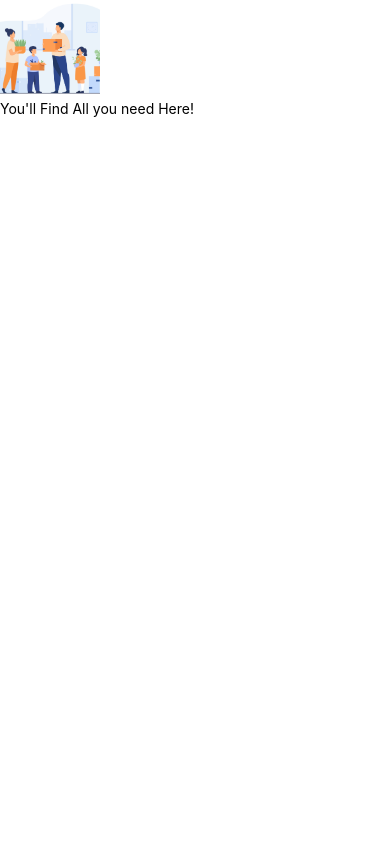
Repository: oscarMyerston/ProjectName
Screen: /
The author's editor kept a copy of each file at every save. The screen is drawn from the files as they stood at one save, then again after a run of saves.
The app was drawn by React Native's web renderer in a window 390 px wide. The project was rebuilt for these pictures with package versions that can differ from the ones it lists, and the page was loaded fresh each time. Also part of the build but not shown: Chair.js, Table.js.

Above is the screen before, as saved 2024-06-02 19:17:09.

### App.js
/**
 * Sample React Native App
 * https://github.com/facebook/react-native
 *
 * @format
 * @flow strict-local
 */

import React, { useState } from 'react';
import {
  SafeAreaView,
} from 'react-native';
import { Chair as BlackChair} from './Chair';
import Table from "./Table"
import Splash from './src/screen/auth/Splash';

const App = ()  => {
  const [ theme, setTheme ] = useState('light')
  return (
    <SafeAreaView>
    <Splash/>
    </SafeAreaView>
  );
};

const styles = {
  themeHeader: {
    margin: 16,
    fontSize: 16,
    backgroundColor: 'yellow'
  }
}

// const styles = StyleSheet.create({
//   themeHeader: {
//     margin: 16,
//     fontSize: 16,
//     backgroundColor: 'yellow'
//   }
// })

export default App;

### src/screen/auth/Splash/index.js
import React from "react";
import { Text, Image, View } from "react-native"
import { styles } from './styles'

const Splash = () => {
  return [
    <View>
      <Image
        style={styles.image}
        source={require('../../../assets/splash_image.png')}
      />
      <Text>You'll Find All you need Here!</Text>
    </View>,
  ];

}

export default Splash

### src/screen/auth/Splash/styles.js
import { StyleSheet } from "react-native"

export const styles = StyleSheet.create({
  image: {
    width: 100,
    height: 100,
  }
})

After the next 3 saves:
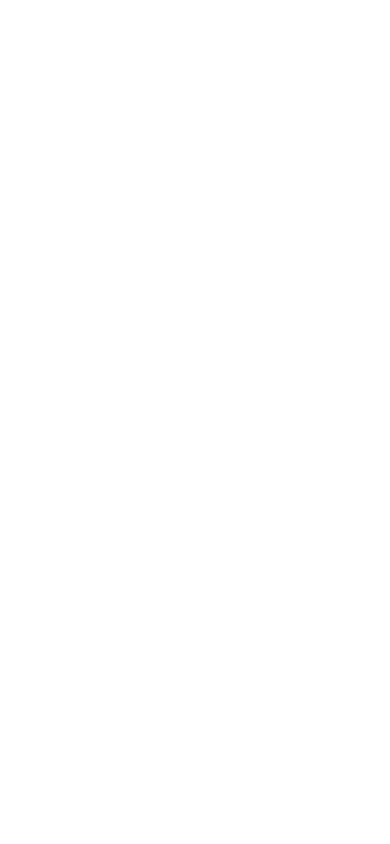
The 3 saves are shown as one change because 1 did not build or start and some came seconds apart.
The last was saved 57 s later.
--- a/src/screen/auth/Splash/index.js
+++ b/src/screen/auth/Splash/index.js
@@ -3,15 +3,15 @@
 import { styles } from './styles'
 
 const Splash = () => {
-  return [
+  return
     <View>
       <Image
         style={styles.image}
         source={require('../../../assets/splash_image.png')}
       />
       <Text>You'll Find All you need Here!</Text>
-    </View>,
-  ];
+    </View>
+
 
 }
 

After the save that followed:
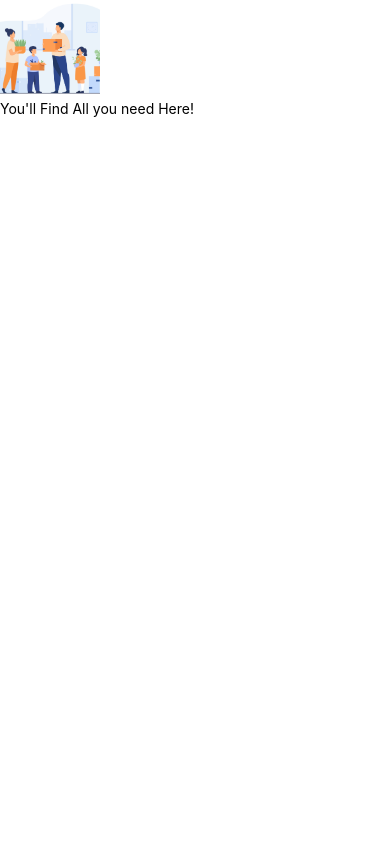
Saved 13 s later.
--- a/src/screen/auth/Splash/index.js
+++ b/src/screen/auth/Splash/index.js
@@ -3,15 +3,15 @@
 import { styles } from './styles'
 
 const Splash = () => {
-  return
+  return [
     <View>
       <Image
         style={styles.image}
         source={require('../../../assets/splash_image.png')}
       />
       <Text>You'll Find All you need Here!</Text>
-    </View>
-
+    </View>,
+  ];
 
 }
 
